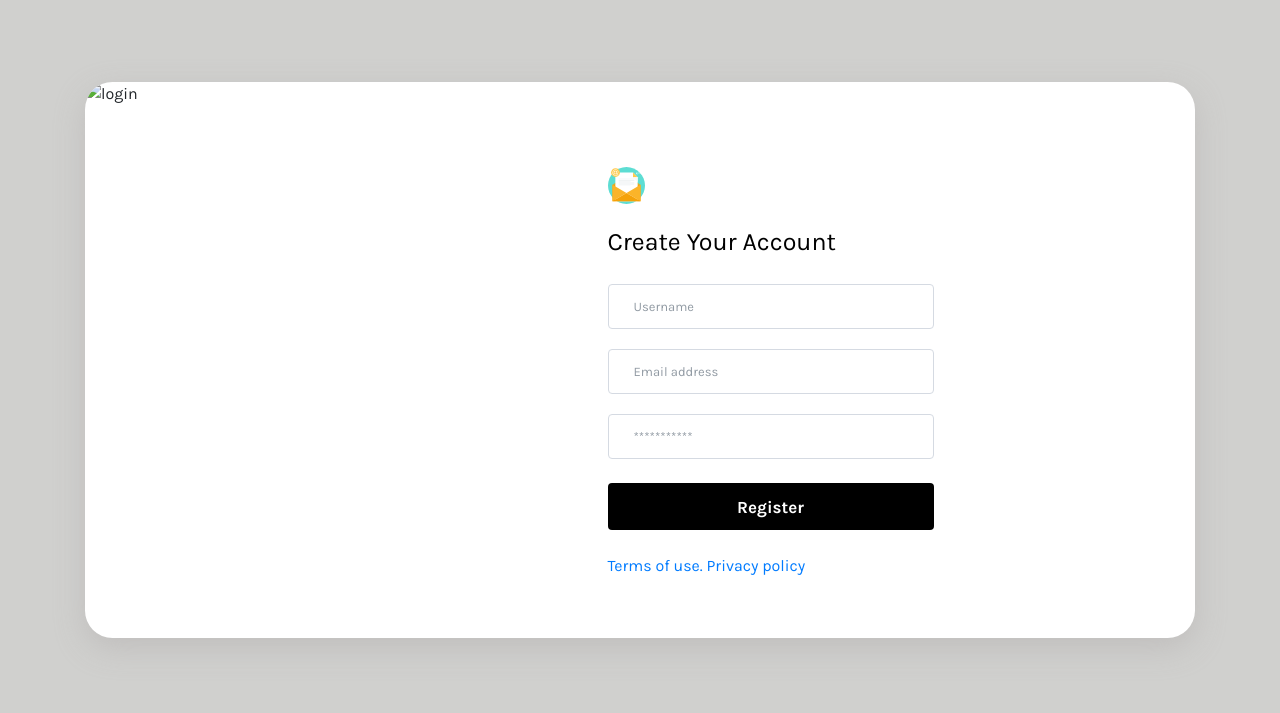
Repository: sara55m/Login
Page: http://localhost/register
These files come from the project's save history. The page is drawn as it stood at one moment and after the next save; the edit follows.
The browser window is 1280 px wide. The pictures show the whole page.
Some web libraries are served in a nearby version. The page is served by the project's Laravel application, run on PHP 8.4 with Laravel 10. Other server files are loaded and not shown.

Above is the page before, as saved 2024-03-01 17:23:43.

### routes/web.php
<?php

use Illuminate\Support\Facades\Route;

/*
|--------------------------------------------------------------------------
| Web Routes
|--------------------------------------------------------------------------
|
| Here is where you can register web routes for your application. These
| routes are loaded by the RouteServiceProvider and all of them will
| be assigned to the "web" middleware group. Make something great!
|
*/

Route::get('/', function () {
    return view('welcome');
});


Route::get('/register', function () {
    return view('register');
});

### resources/views/register.blade.php
<!DOCTYPE html>
<html lang="en">
<head>
  <meta charset="UTF-8">
  <meta name="viewport" content="width=device-width, initial-scale=1.0">
  <meta http-equiv="X-UA-Compatible" content="ie=edge">
  <title>Register Template</title>
  <link href="https://fonts.googleapis.com/css?family=Karla:400,700&display=swap" rel="stylesheet">
  <link rel="stylesheet" href="https://cdn.materialdesignicons.com/4.8.95/css/materialdesignicons.min.css">
  <link rel="stylesheet" href="https://stackpath.bootstrapcdn.com/bootstrap/4.4.1/css/bootstrap.min.css">
  <link rel="stylesheet" href="assets/css/login.css">
</head>
<body>
  <main class="d-flex align-items-center min-vh-100 py-3 py-md-0">
    <div class="container">
      <div class="card login-card">
        <div class="row no-gutters">
          <div class="col-md-5">
            <img src="assets/images/login.jpg" alt="login" class="login-card-img">
          </div>
          <div class="col-md-7">
            <div class="card-body">
              <div class="brand-wrapper">
                <img src="assets/images/email.svg" alt="logo" class="logo">
              </div>
              <p class="login-card-description">Create Your Account</p>
              <form action="#!">
                <div class="form-group">
                    <label for="username" class="sr-only">Username</label>
                    <input type="text" name="username" id="username" class="form-control" placeholder="Username">
                  </div>
                  <div class="form-group">
                    <label for="email" class="sr-only">Email</label>
                    <input type="email" name="email" id="email" class="form-control" placeholder="Email address">
                  </div>
                  <div class="form-group mb-4">
                    <label for="password" class="sr-only">Password</label>
                    <input type="password" name="password" id="password" class="form-control" placeholder="***********">
                  </div>
                  <input name="register" id="register" class="btn btn-block login-btn mb-4" type="button" value="Register">
                </form>

                  <a href="#!">Terms of use.</a>
                  <a href="#!">Privacy policy</a>
                </nav>
            </div>
          </div>
        </div>
      </div>
      <!-- <div class="card login-card">
        <img src="assets/images/login.jpg" alt="login" class="login-card-img">
        <div class="card-body">
          <h2 class="login-card-title">Login</h2>
          <p class="login-card-description">Sign in to your account to continue.</p>
          <form action="#!">
            <div class="form-group">
              <label for="email" class="sr-only">Email</label>
              <input type="email" name="email" id="email" class="form-control" placeholder="Email">
            </div>
            <div class="form-group">
              <label for="password" class="sr-only">Password</label>
              <input type="password" name="password" id="password" class="form-control" placeholder="Password">
            </div>
            <div class="form-prompt-wrapper">
              <div class="custom-control custom-checkbox login-card-check-box">
                <input type="checkbox" class="custom-control-input" id="customCheck1">
                <label class="custom-control-label" for="customCheck1">Remember me</label>
              </div>
              <a href="#!" class="text-reset">Forgot password?</a>
            </div>
            <input name="login" id="login" class="btn btn-block login-btn mb-4" type="button" value="Login">
          </form>
          <p class="login-card-footer-text">Don't have an account? <a href="#!" class="text-reset">Register here</a></p>
        </div>
      </div> -->
    </div>
  </main>
  <script src="https://code.jquery.com/jquery-3.4.1.min.js"></script>
  <script src="https://cdn.jsdelivr.net/npm/popper.js@1.16.0/dist/umd/popper.min.js"></script>
  <script src="https://stackpath.bootstrapcdn.com/bootstrap/4.4.1/js/bootstrap.min.js"></script>
</body>
</html>

### public/assets/css/login.css
body {
  font-family: "Karla", sans-serif;
  background-color: #d0d0ce;
  min-height: 100vh; }

.brand-wrapper {
  margin-bottom: 19px; }
  .brand-wrapper .logo {
    height: 37px; }

.login-card {
  border: 0;
  border-radius: 27.5px;
  box-shadow: 0 10px 30px 0 rgba(172, 168, 168, 0.43);
  overflow: hidden; }
  .login-card-img {
    border-radius: 0;
    position: absolute;
    width: 100%;
    height: 100%;
    -o-object-fit: cover;
       object-fit: cover; }
  .login-card .card-body {
    padding: 85px 60px 60px; }
    @media (max-width: 422px) {
      .login-card .card-body {
        padding: 35px 24px; } }
  .login-card-description {
    font-size: 25px;
    color: #000;
    font-weight: normal;
    margin-bottom: 23px; }
  .login-card form {
    max-width: 326px; }
  .login-card .form-control {
    border: 1px solid #d5dae2;
    padding: 15px 25px;
    margin-bottom: 20px;
    min-height: 45px;
    font-size: 13px;
    line-height: 15;
    font-weight: normal; }
    .login-card .form-control::-webkit-input-placeholder {
      color: #919aa3; }
    .login-card .form-control::-moz-placeholder {
      color: #919aa3; }
    .login-card .form-control:-ms-input-placeholder {
      color: #919aa3; }
    .login-card .form-control::-ms-input-placeholder {
      color: #919aa3; }
    .login-card .form-control::placeholder {
      color: #919aa3; }
  .login-card .login-btn {
    padding: 13px 20px 12px;
    background-color: #000;
    border-radius: 4px;
    font-size: 17px;
    font-weight: bold;
    line-height: 20px;
    color: #fff;
    margin-bottom: 24px; }
    .login-card .login-btn:hover {
      border: 1px solid #000;
      background-color: transparent;
      color: #000; }
  .login-card .forgot-password-link {
    font-size: 14px;
    color: #919aa3;
    margin-bottom: 12px; }
  .login-card-footer-text {
    font-size: 16px;
    color: #0d2366;
    margin-bottom: 60px; }
    @media (max-width: 767px) {
      .login-card-footer-text {
        margin-bottom: 24px; } }
  .login-card-footer-nav a {
    font-size: 14px;
    color: #919aa3; }

/*# sourceMappingURL=login.css.map */

### public/assets/images/email.svg
<?xml version="1.0" encoding="iso-8859-1"?>
<!-- Generator: Adobe Illustrator 19.0.0, SVG Export Plug-In . SVG Version: 6.00 Build 0)  -->
<svg version="1.1" id="Layer_1" xmlns="http://www.w3.org/2000/svg" xmlns:xlink="http://www.w3.org/1999/xlink" x="0px" y="0px"
	 viewBox="0 0 512 512" style="enable-background:new 0 0 512 512;" xml:space="preserve">
<path style="fill:#5DDDD3;" d="M255.999,0C397.385,0,512,114.613,512,256.001C512,397.385,397.385,512,255.999,512
	S0,397.385,0,256.001C0,114.613,114.615,0,255.999,0z"/>
<g>
	<path style="fill:#F5A209;" d="M450.359,244.56H61.643l194.358-114.723L450.359,244.56z"/>
	<path style="fill:#F5A209;" d="M61.641,244.56h388.716v229.45H61.641V244.56z"/>
</g>
<path style="fill:#FFFFFF;" d="M101.578,77.635h244.43l64.413,64.413v331.965H101.578V77.637V77.635z"/>
<path style="fill:#ECF0F1;" d="M148.146,162.641h215.701v4.864H148.146V162.641z M148.146,215.039L148.146,215.039h215.701v4.868
	H148.146V215.039z M148.146,224.064L148.146,224.064h215.701v4.866H148.146V224.064z M148.146,233.088L148.146,233.088h215.701
	v4.864H148.146V233.088z M148.146,242.113L148.146,242.113h215.712v4.864H148.146V242.113z M148.146,171.665L148.146,171.665
	h215.701v4.866H148.146V171.665z M148.146,180.69L148.146,180.69h215.701v4.866H148.146V180.69z M148.146,189.714L148.146,189.714
	h215.712v4.864H148.146V189.714z M148.144,198.739L148.144,198.739h165.225v4.864H148.144V198.739z M148.144,251.139
	L148.144,251.139h165.225v4.866H148.144V251.139z"/>
<path style="fill:#FFCA4F;" d="M346.01,77.635v64.413h64.413L346.01,77.635z"/>
<path style="fill:#B3B3B3;" d="M218.214,426.22h73.188v7.15h-73.188V426.22z"/>
<g>
	<path style="fill:#FBB429;" d="M61.641,244.56l194.358,114.723L61.641,474.01V244.56z"/>
	<path style="fill:#FBB429;" d="M450.359,244.56L256.001,359.283L450.359,474.01V244.56z"/>
</g>
<path style="fill:#F5A209;" d="M255.999,359.283L61.641,474.01h388.716L255.999,359.283z"/>
<path style="fill:#F7FAFA;" d="M410.42,206.456v-64.41h-64.41L410.42,206.456z"/>
<path style="fill:#FFCA4F;" d="M103.842,16.605c33.759,0,61.127,27.367,61.127,61.127s-27.369,61.127-61.127,61.127
	c-33.761,0-61.127-27.369-61.127-61.127C42.715,43.971,70.083,16.605,103.842,16.605z"/>
<g>
	<path style="fill:#FFFFFF;" d="M108.481,93.852c-1.905,2.207-4.039,3.98-6.412,5.318c-2.359,1.336-4.732,1.998-7.106,1.998
		c-2.615,0-5.153-0.765-7.631-2.282c-2.463-1.532-4.46-3.876-6.008-7.047c-1.548-3.168-2.313-6.654-2.313-10.44
		c0-4.67,1.202-9.342,3.59-14.029c2.388-4.67,5.36-8.184,8.908-10.544c3.545-2.344,7-3.515,10.334-3.515
		c2.553,0,4.987,0.659,7.313,1.998c2.315,1.338,4.313,3.38,5.98,6.099l1.548-6.835h7.84l-6.339,29.56
		c-0.889,4.116-1.323,6.383-1.323,6.817c0,0.798,0.3,1.488,0.902,2.059c0.602,0.571,1.336,0.855,2.176,0.855
		c1.561,0,3.605-0.886,6.129-2.674c3.349-2.344,6.008-5.483,7.962-9.432c1.951-3.936,2.926-7.99,2.926-12.182
		c0-4.897-1.261-9.463-3.768-13.699c-2.509-4.249-6.264-7.644-11.251-10.2c-4.97-2.538-10.484-3.814-16.508-3.814
		c-6.879,0-13.172,1.607-18.852,4.807c-5.693,3.215-10.109,7.812-13.231,13.805c-3.142,5.995-4.703,12.42-4.703,19.286
		c0,7.181,1.561,13.355,4.688,18.536c3.138,5.197,7.66,9.027,13.577,11.505c5.918,2.476,12.466,3.709,19.663,3.709
		c7.706,0,14.149-1.29,19.345-3.889c5.197-2.582,9.086-5.739,11.672-9.448h7.929c-1.501,3.08-4.07,6.233-7.704,9.432
		c-3.636,3.199-7.962,5.739-12.978,7.6c-5.018,1.863-11.071,2.794-18.131,2.794c-6.52,0-12.528-0.842-18.025-2.509
		c-5.512-1.667-10.197-4.176-14.074-7.523c-3.876-3.365-6.791-7.228-8.758-11.582c-2.463-5.541-3.695-11.52-3.695-17.934
		c0-7.135,1.473-13.952,4.403-20.426c3.587-7.931,8.681-14.014,15.275-18.236c6.595-4.22,14.585-6.324,23.989-6.324
		c7.285,0,13.833,1.486,19.632,4.46c5.799,2.974,10.38,7.404,13.714,13.293c2.855,5.062,4.282,10.577,4.282,16.523
		c0,8.502-2.99,16.043-8.967,22.635c-5.349,5.92-11.176,8.879-17.513,8.879c-2.031,0-3.651-0.317-4.897-0.933
		c-1.248-0.615-2.161-1.502-2.749-2.659C108.933,96.93,108.664,95.653,108.481,93.852z M87.123,81.954L87.123,81.954
		c0,4.026,0.961,7.148,2.871,9.373c1.905,2.238,4.086,3.349,6.562,3.349c1.638,0,3.365-0.498,5.197-1.473
		c1.817-0.992,3.561-2.447,5.214-4.385c1.665-1.938,3.018-4.401,4.07-7.375c1.065-2.974,1.592-5.962,1.592-8.965
		c0-3.982-0.992-7.091-2.974-9.285c-1.982-2.207-4.403-3.305-7.241-3.305c-1.876,0-3.651,0.481-5.318,1.427
		c-1.654,0.961-3.259,2.494-4.82,4.61c-1.548,2.103-2.809,4.67-3.742,7.706c-0.946,3.018-1.411,5.797-1.411,8.321V81.954z"/>
	<path style="fill:#FFFFFF;" d="M473.318,59.119l18.644,16.812l1.707,1.539l-1.707,1.537l-18.644,16.812l-2.767-3.074l14.638-13.203
		h-68.45v-4.145h68.45l-14.638-13.203l2.767-3.074V59.119z"/>
	<path style="fill:#FFFFFF;" d="M405.645,70.798l-18.642,16.814l-1.707,1.537l1.707,1.539l18.642,16.814l2.767-3.076l-14.638-13.203
		h68.45v-4.143h-68.45l14.638-13.205l-2.767-3.076V70.798z"/>
</g>
<g>
</g>
<g>
</g>
<g>
</g>
<g>
</g>
<g>
</g>
<g>
</g>
<g>
</g>
<g>
</g>
<g>
</g>
<g>
</g>
<g>
</g>
<g>
</g>
<g>
</g>
<g>
</g>
<g>
</g>
</svg>

After the next save:
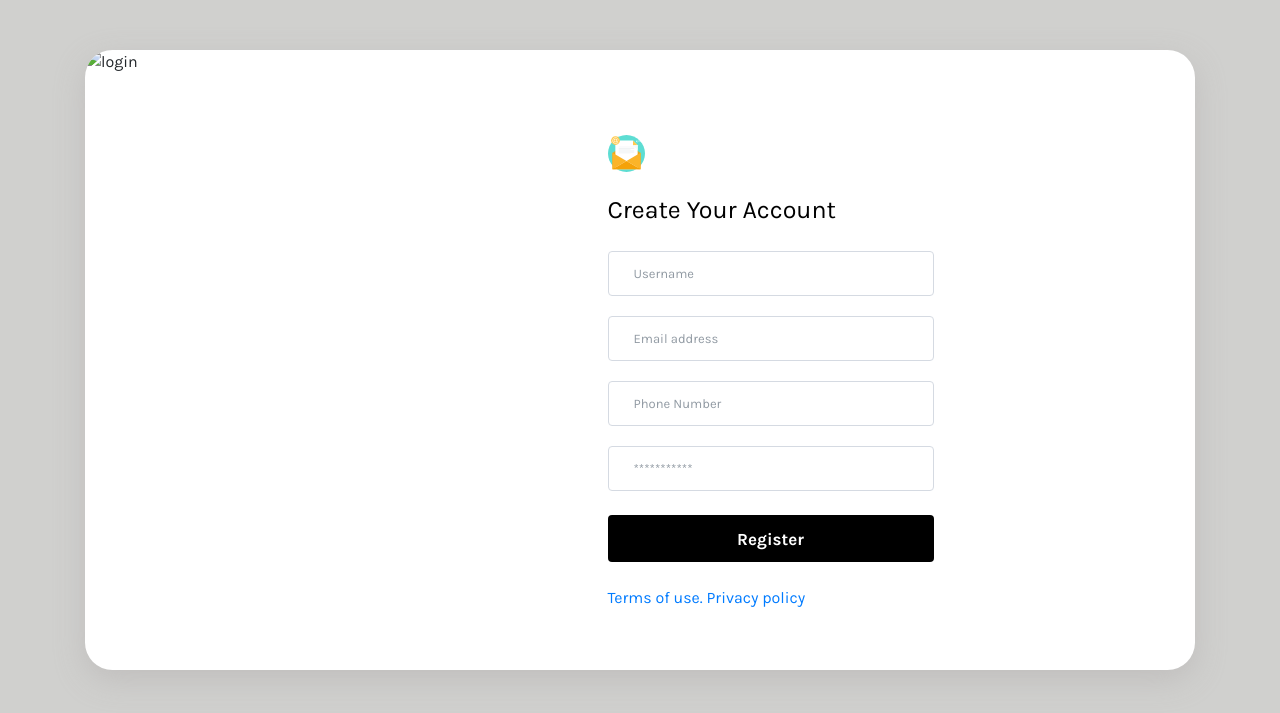
Saved 79 s later.
--- a/resources/views/register.blade.php
+++ b/resources/views/register.blade.php
@@ -32,6 +32,11 @@
                   <div class="form-group">
                     <label for="email" class="sr-only">Email</label>
                     <input type="email" name="email" id="email" class="form-control" placeholder="Email address">
+                  </div>
+
+                  <div class="form-group">
+                    <label for="phone" class="sr-only">Phone</label>
+                    <input type="text" name="phone" id="phone" class="form-control" placeholder="Phone Number">
                   </div>
                   <div class="form-group mb-4">
                     <label for="password" class="sr-only">Password</label>
